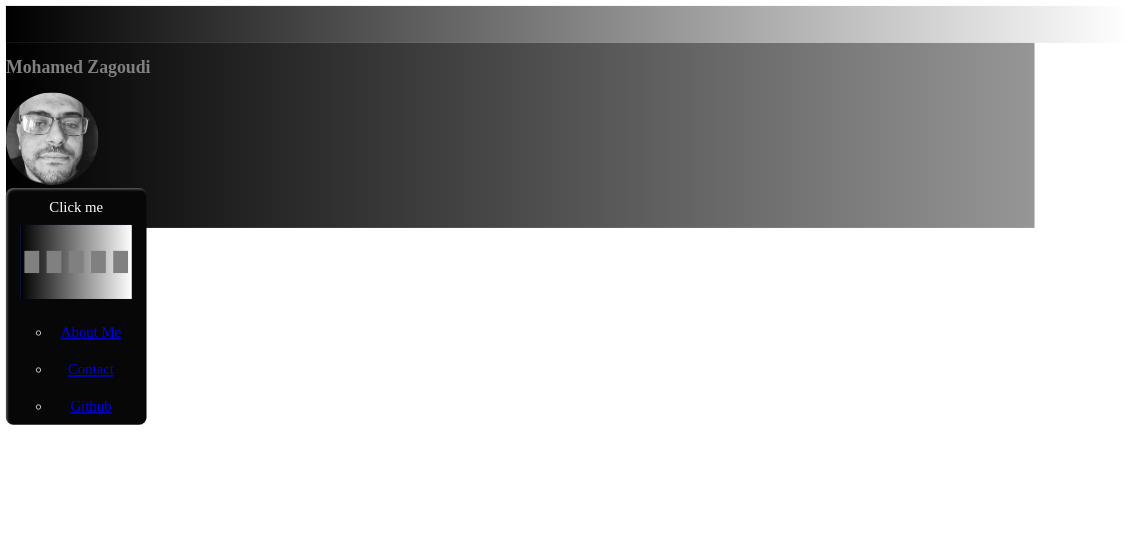
Repository: Mohzagou/Eersteportofolio
Page: index.html
The author's editor kept a copy of each file at every save. The page is drawn from the files as they stood at one save, then again after the next save.
The browser window is 1280 px wide. The page is 1525 px wide, so the pictures cover 1525 px, including what lies to the right of the window. The pictures show the whole page, at 74% of full size.

Above is the page before, as saved 2022-06-08 00:05:22.

After the next save:
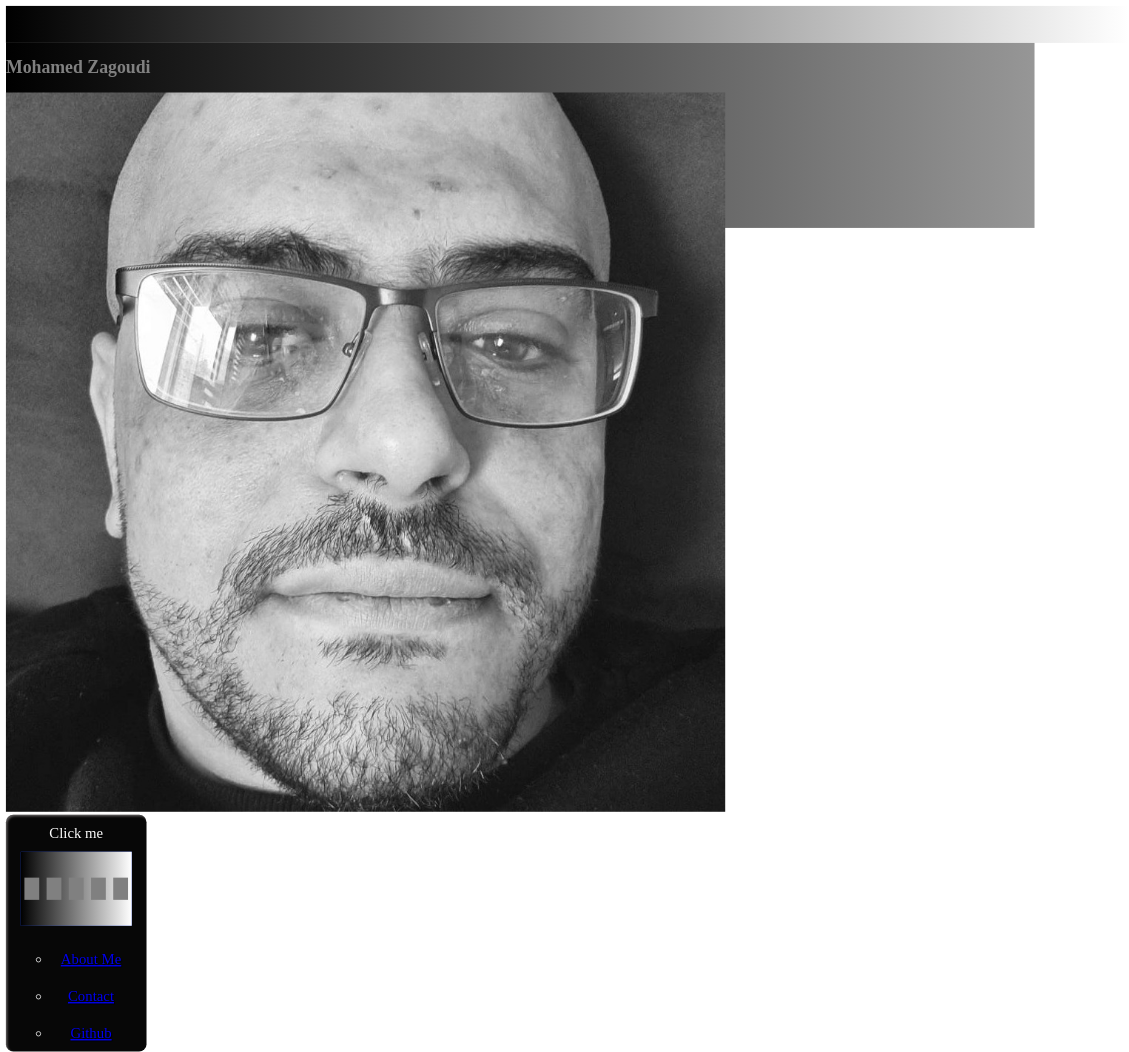
Saved 53 s later.
--- a/index.html
+++ b/index.html
@@ -13,7 +13,7 @@
     <header></header>
     <div class="about-me">
         <h2 id="name">Mohamed Zagoudi</h2>
-        <img class="avatar" src="images/67gwzvy.jpeg" alt="Mohamed Zagoudi headshot" />
+        <img lass="avatar" src="images/67gwzvy.jpeg" alt="Mohamed Zagoudi headshot" />
 
         <div class="button">Click me</button>
 

After the 3 saves that followed:
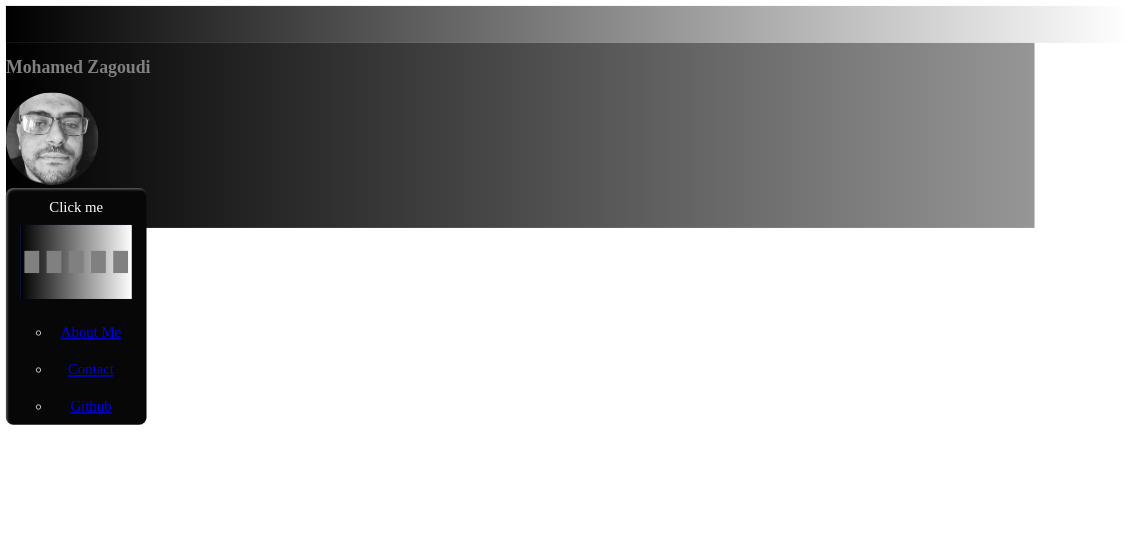
The 3 saves are shown as one change because 2 left the picture as it was.
The last was saved 55 s later.
--- a/index.html
+++ b/index.html
@@ -13,7 +13,7 @@
     <header></header>
     <div class="about-me">
         <h2 id="name">Mohamed Zagoudi</h2>
-        <img lass="avatar" src="images/67gwzvy.jpeg" alt="Mohamed Zagoudi headshot" />
+        <img class="avatar" src="images/67gwzvy.jpeg" alt="Mohamed Zagoudi headshot" />
 
         <div class="button">Click me</button>
 
